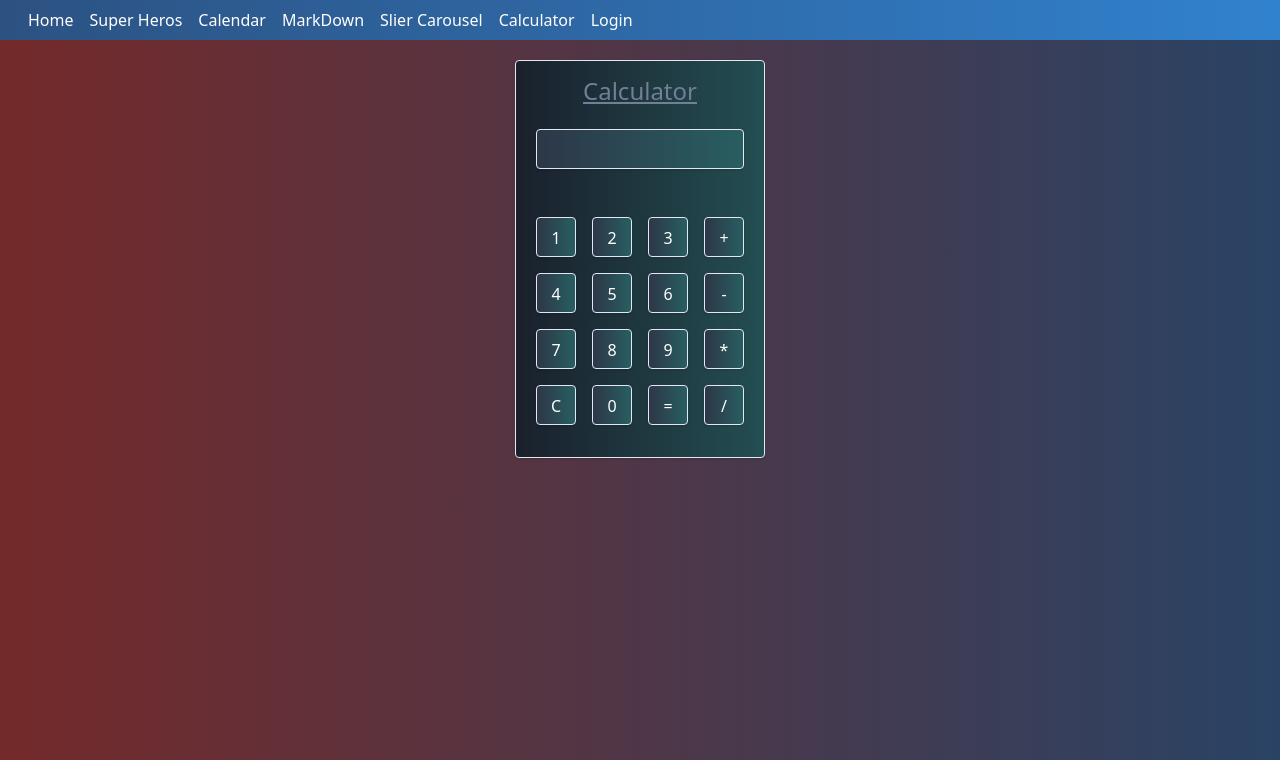
Repository: kshvkndl/VueFullCoursePractice
Page: /calculator
An editor plug-in stored every save of this project. The page is shown before and after the next save, followed by the edit.
The browser window is 1280 px wide. The pictures show the whole page.
The project was rebuilt for these pictures with package versions that can differ from the ones it lists, and the page was loaded fresh each time. Also part of the build but not shown: src/components/login/GoogleLogin.vue, src/components/LoginModal.vue, src/pages/SuperHeros.vue, src/pages/Calender.vue, src/pages/Home.vue, src/utilities/mixins/debounce.js, src/pages/MarkDown.vue, src/pages/Slider.vue.

Above is the page before, as saved 2020-11-24 17:29:29.

### src/main.js
import { createApp } from 'vue'
import App from './App.vue'
import './assets/style.css'
import router from './router'

const app = createApp(App);
app.use(router);
app.mount('#app');

### src/App.vue
<template>
  <AppHeader
    :isLoggedIn="isLoggedIn"
    @open-login-modal="isLoginOpen = true"
  ></AppHeader>
  <div class="w-full flex">
    <router-view></router-view>
  </div>
  <LoginModal
    v-if="isLoginOpen"
    @close-login-modal="isLoginOpen = false"
  ></LoginModal>
  <calculator></calculator>
</template>

<script>
import AppHeader from "@/components/AppHeader";
import LoginModal from "@/components/LoginModal";
import firebase from "@/utilities/firebase";

export default {
  data() {
    return {
      isLoginOpen: false,
      isLoggedIn: false,
      authUser: {},
    };
  },
  mounted() {
    firebase.auth().onAuthStateChanged((user) => {
      if (user) {
        // User is signed in, see docs for a list of available properties
        // https://firebase.google.com/docs/reference/js/firebase.User
        this.isLoggedIn = true;
        this.authUser = user;
        // ...
      } else {
        // User is signed out
        // ...
        this.isLoggedIn = false;
        this.authUser = {};
      }
    });
  },
  components: { AppHeader, LoginModal },
};
</script>

### src/router.js
import { createRouter, createWebHistory } from 'vue-router';
import SuperHeros from '@/pages/SuperHeros'
import Calender from '@/pages/Calender'
import Home from '@/pages/Home'
import MarkDown from '@/pages/MarkDown'
import Slider from '@/pages/Slider'
import Calculator from '@/pages/Calculator'


const routes = [
    { path: '/', component: Home },
    { path: '/super-heros', component: SuperHeros },
    { path: '/calendar', component: Calender },
    { path: '/markdown', component: MarkDown },
    { path: '/slider', component: Slider },
    { path: '/calculator', component: Calculator },
]

const router = createRouter({
    history: createWebHistory(),
    routes,
});
export default router;

### src/components/AppHeader.vue
<template>
  <nav
    class="w-full bg-gradient-to-r from-blue-800 to-blue-600 text-white px-5 py-2"
  >
    <router-link
      class="mx-2"
      v-for="item in list"
      :key="item.to"
      :to="item.to"
      >{{ item.title }}</router-link
    >
    <button v-if="isLoggedIn" class="mx-2" @click="logout">Logout</button>
    <button class="mx-2" v-else @click="$emit('open-login-modal')">
      Login
    </button>
  </nav>
</template>


<script>
import firebase from "@/utilities/firebase";

export default {
  props: { isLoggedIn: Boolean },
  data() {
    return {
      list: [
        { title: "Home", to: "/" },
        { title: "Super Heros", to: "/super-heros" },
        { title: "Calendar", to: "/calendar" },
        { title: "MarkDown", to: "/markdown" },
        { title: "Slier Carousel", to: "/slider" },
        { title: "Calculator", to: "/calculator" },
      ],
    };
  },

  methods: {
    logout() {
      firebase.auth().signOut();
      // .then((res) => {})
      // .catch((e) => {});
    },
  },
};
</script>

### src/utilities/firebase.js
import firebase from "firebase/app";
import "firebase/auth";

//Initialize Firebase in your app:
const firebaseConfig = {
    apiKey: "AIzaSyDjvIW3oj4Y3b7An_zw7nLTcy3s7ri5iV8",
    authDomain: "vue3-10hr-course.firebaseapp.com",
    databaseURL: "https://vue3-10hr-course.firebaseio.com",
    projectId: "vue3-10hr-course",
    storageBucket: "vue3-10hr-course.appspot.com",
    messagingSenderId: "142849199726",
    appId: "1:142849199726:web:1e3863fc8388efd1ade07f"
};

// Initialize Firebase
firebase.initializeApp(firebaseConfig);

export default firebase;

### src/pages/Calculator.vue
<template>
  <section
    class="flex w-full h-screen bg-gradient-to-r from-red-900 to-blue-900"
  >
    <div
      class="m-auto border rounded shadow px-5 py-3 mt-5 bg-gradient-to-r from-gray-900 to-teal-900"
    >
      <h1 class="text-2xl text-center text-gray-600"><u>Calculator</u></h1>
      <p
        class="text-2xl text-right mt-5 mb-2 border rounded shadow w-45 h-10 p-1 overflow-x-hidden text-white bg-gradient-to-r from-gray-800 to-teal-800"
        style="direction: rtl"
      >
        {{ currentNum }}
      </p>

      <div class="h-10">
        <small> {{ prevNum }} {{ selectedOperation }} {{ currentNum }} </small>
      </div>

      <div class="mb-5 grid grid-cols-4 gap-4">
        <button
          @click="buttonPressed('1')"
          class="p-2 border shadow w-10 h-10 rounded text-white bg-gradient-to-r from-gray-800 to-teal-800"
        >
          1
        </button>
        <button
          @click="buttonPressed('2')"
          class="p-2 border shadow w-10 h-10 rounded text-white bg-gradient-to-r from-gray-800 to-teal-800"
        >
          2
        </button>
        <button
          @click="buttonPressed('3')"
          class="p-2 border shadow w-10 h-10 rounded text-white bg-gradient-to-r from-gray-800 to-teal-800"
        >
          3
        </button>
        <button
          @click="buttonPressed('+')"
          class="p-2 border shadow w-10 h-10 rounded text-white bg-gradient-to-r from-gray-800 to-teal-800"
        >
          +
        </button>
        <button
          @click="buttonPressed('4')"
          class="p-2 border shadow w-10 h-10 rounded text-white bg-gradient-to-r from-gray-800 to-teal-800"
        >
          4
        </button>
        <button
          @click="buttonPressed('5')"
          class="p-2 border shadow w-10 h-10 rounded text-white bg-gradient-to-r from-gray-800 to-teal-800"
        >
          5
        </button>
        <button
          @click="buttonPressed('6')"
          class="p-2 border shadow w-10 h-10 rounded text-white bg-gradient-to-r from-gray-800 to-teal-800"
        >
          6
        </button>
        <button
          @click="buttonPressed('-')"
          class="p-2 border shadow w-10 h-10 rounded text-white bg-gradient-to-r from-gray-800 to-teal-800"
        >
          -
        </button>
        <button
          @click="buttonPressed('7')"
          class="p-2 border shadow w-10 h-10 rounded text-white bg-gradient-to-r from-gray-800 to-teal-800"
        >
          7
        </button>
        <button
          @click="buttonPressed('8')"
          class="p-2 border shadow w-10 h-10 rounded text-white bg-gradient-to-r from-gray-800 to-teal-800"
        >
          8
        </button>
        <button
          @click="buttonPressed('9')"
          class="p-2 border shadow w-10 h-10 rounded text-white bg-gradient-to-r from-gray-800 to-teal-800"
        >
          9
        </button>
        <button
          @click="buttonPressed('*')"
          class="p-2 border shadow w-10 h-10 rounded text-white bg-gradient-to-r from-gray-800 to-teal-800"
        >
          *
        </button>
        <button
          @click="buttonPressed('c')"
          class="p-2 border shadow w-10 h-10 rounded text-white bg-gradient-to-r from-gray-800 to-teal-800"
        >
          C
        </button>
        <button
          @click="buttonPressed('0')"
          class="p-2 border shadow w-10 h-10 rounded text-white bg-gradient-to-r from-gray-800 to-teal-800"
        >
          0
        </button>
        <button
          @click="buttonPressed('=')"
          class="p-2 border shadow w-10 h-10 rounded text-white bg-gradient-to-r from-gray-800 to-teal-800"
        >
          =
        </button>
        <button
          @click="buttonPressed('/')"
          class="p-2 border shadow w-10 h-10 rounded text-white bg-gradient-to-r from-gray-800 to-teal-800"
        >
          /
        </button>
      </div>
    </div>
  </section>
</template>

<script>
import { onMounted, onUnmounted, ref } from "vue";
export default {
  setup() {
    const currentNum = ref("");
    const prevNum = ref("");
    const selectedOperation = ref("");
    const operations = ["+", "-", "*", "/"];
    const numbers = ["1", "2", "3", "4", "5", "6", "7", "8", "9", "0"];

    function buttonPressed(value) {
      if (value === "=" || value === "Enter") calculate();

      if (value === "c") clear();
      else if (operations.includes(value)) applyOperation(value);
      else if (numbers.includes(value)) appendNumber(value);
    }

    function appendNumber(value) {
      currentNum.value = currentNum.value + value;
    }

    function applyOperation(value) {
      calculate();
      prevNum.value = currentNum.value;
      currentNum.value = "";
      selectedOperation.value = value;
    }

    function calculate() {
      if (selectedOperation.value === "+") sum();
      else if (selectedOperation.value === "-") subtract();
      else if (selectedOperation.value === "*") multiply();
      else if (selectedOperation.value === "/") divide();

      prevNum.value = "";
      selectedOperation.value = "";
    }
    const sum = () => (currentNum.value = +prevNum.value + +currentNum.value);
    const subtract = () =>
      (currentNum.value = prevNum.value - currentNum.value);
    const multiply = () =>
      (currentNum.value = prevNum.value * currentNum.value);
    const divide = () => (currentNum.value = prevNum.value / currentNum.value);

    const clear = () => (currentNum.value = "");

    const handleKeydown = (e) => buttonPressed(e.key);

    onMounted(() => window.addEventListener("keydown", handleKeydown));

    onUnmounted(() => window.removeEventListener("keydown", handleKeydown));

    return {
      currentNum,
      buttonPressed,
      selectedOperation,
      prevNum,
    };
  },
};
</script>

Loaded but not shown: public/index.html (common file); src/assets/style.css (common file); tailwind.config.js (common file)

After the next save:
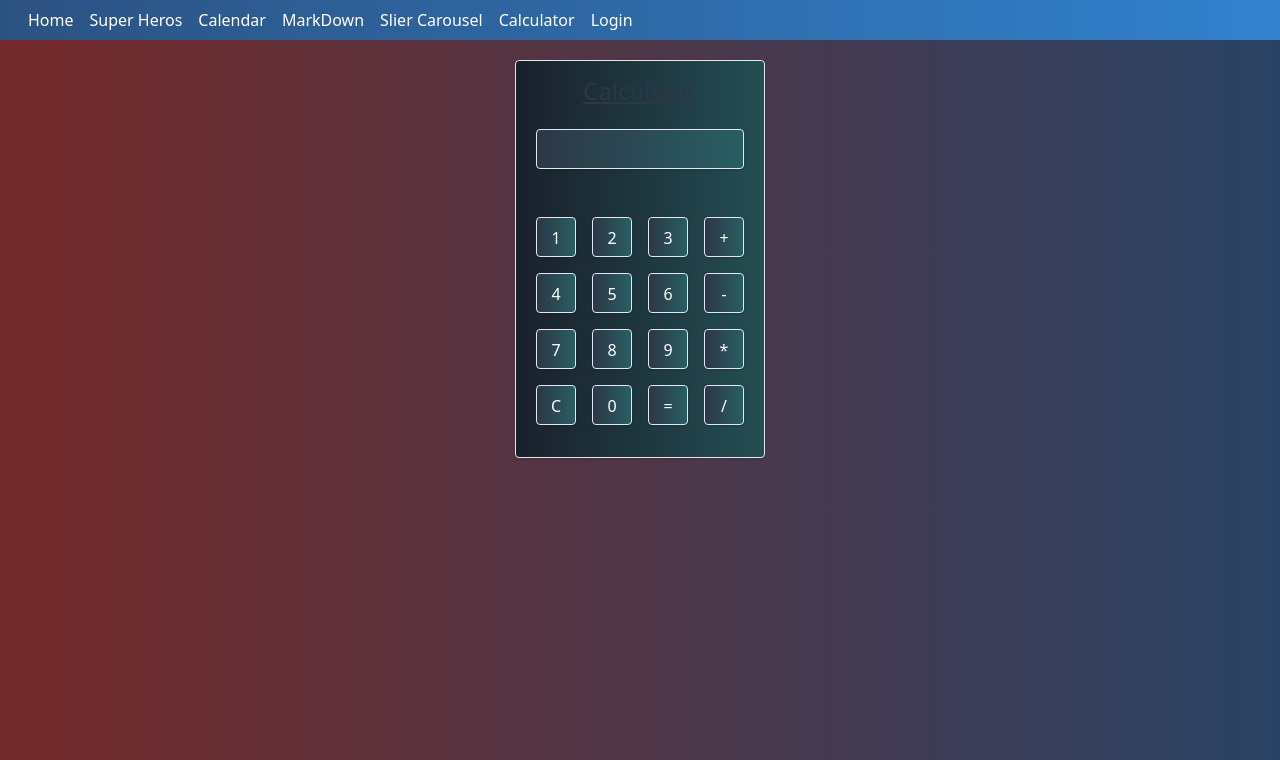
Saved 4 s later.
--- a/src/pages/Calculator.vue
+++ b/src/pages/Calculator.vue
@@ -5,7 +5,7 @@
     <div
       class="m-auto border rounded shadow px-5 py-3 mt-5 bg-gradient-to-r from-gray-900 to-teal-900"
     >
-      <h1 class="text-2xl text-center text-gray-600"><u>Calculator</u></h1>
+      <h1 class="text-2xl text-center text-gray-800"><u>Calculator</u></h1>
       <p
         class="text-2xl text-right mt-5 mb-2 border rounded shadow w-45 h-10 p-1 overflow-x-hidden text-white bg-gradient-to-r from-gray-800 to-teal-800"
         style="direction: rtl"
